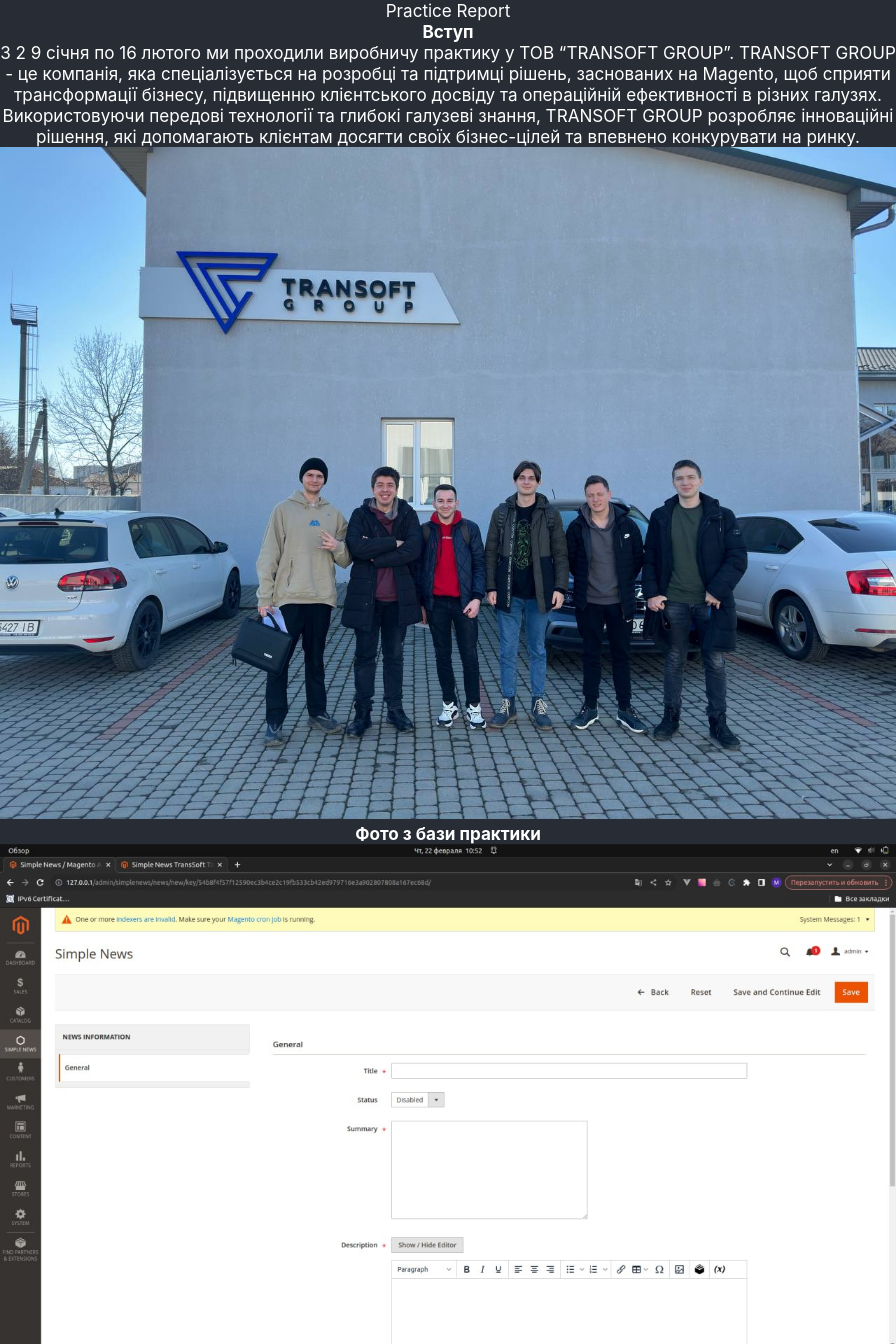
Repository: rutsguifd/prac-report
Page: /
The author's editor kept a copy of each file at every save. The page is drawn from the files as they stood at one save, then again after the next save.
The browser window is 1280 px wide. The pictures show the part of the page from y = 0 to 1920 px (the page is 3474 px tall before and 3494 px after), at 70% of full size.
The project was rebuilt for these pictures with package versions that can differ from the ones it lists, and the page was loaded fresh each time.

Above is the page before, as saved 2024-02-22 13:37:38.

After the next save:
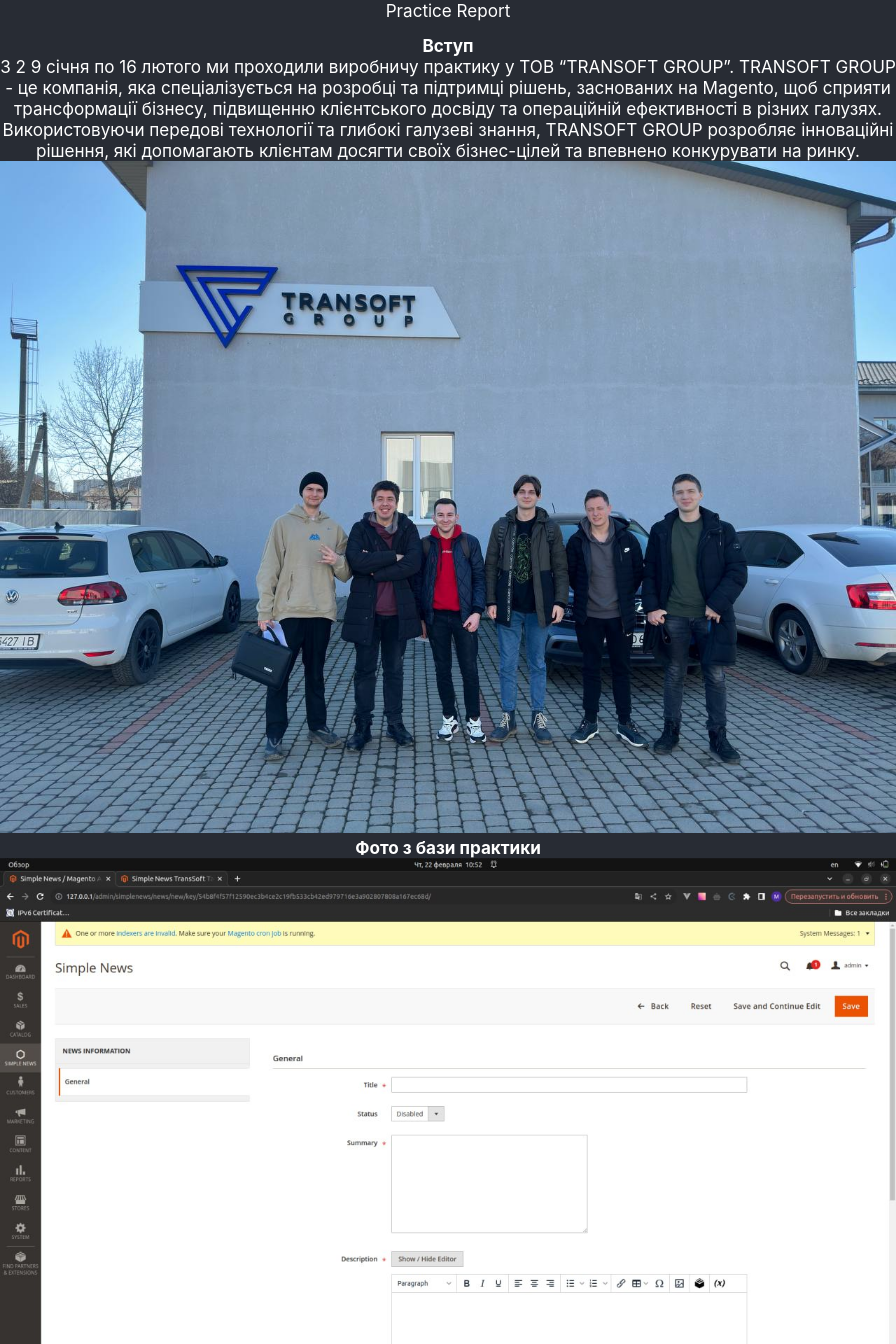
Saved 4 s later.
--- a/src/App.css
+++ b/src/App.css
@@ -19,7 +19,7 @@
   display: flex;
   flex-direction: column;
   align-items: center;
-  column-gap: 20px;
+  row-gap: 20px;
   justify-content: center;
   font-size: calc(10px + 2vmin);
   color: white;
